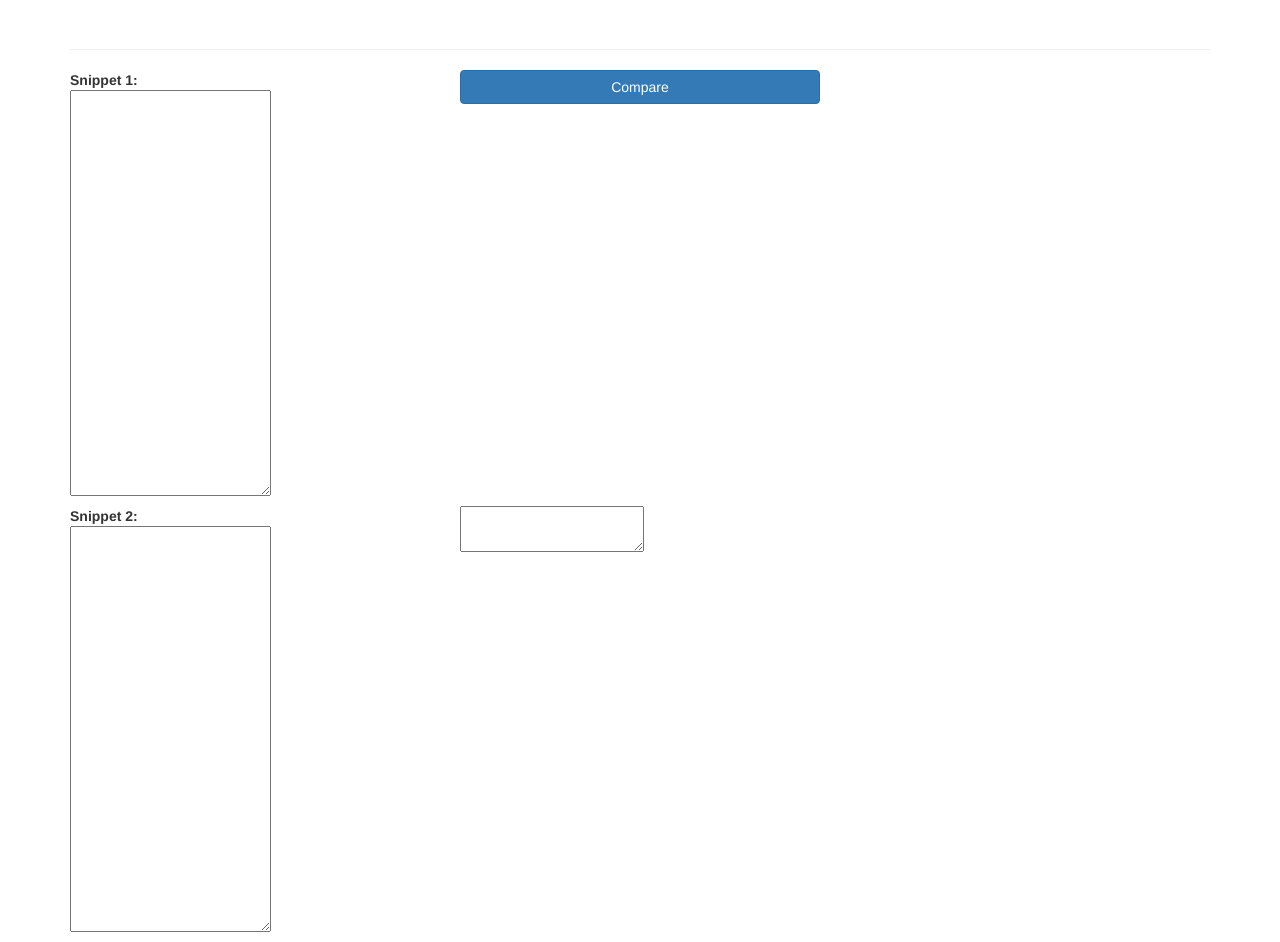
Repository: d4rkm3z/JSPerfomance
Page: index.html
An editor plug-in stored every save of this project. The page is shown before and after a run of saves, followed by the edit.
The browser window is 1280 px wide. The pictures show the whole page.

Above is the page before, as saved 2016-10-25 14:05:27.

After the next 4 saves:
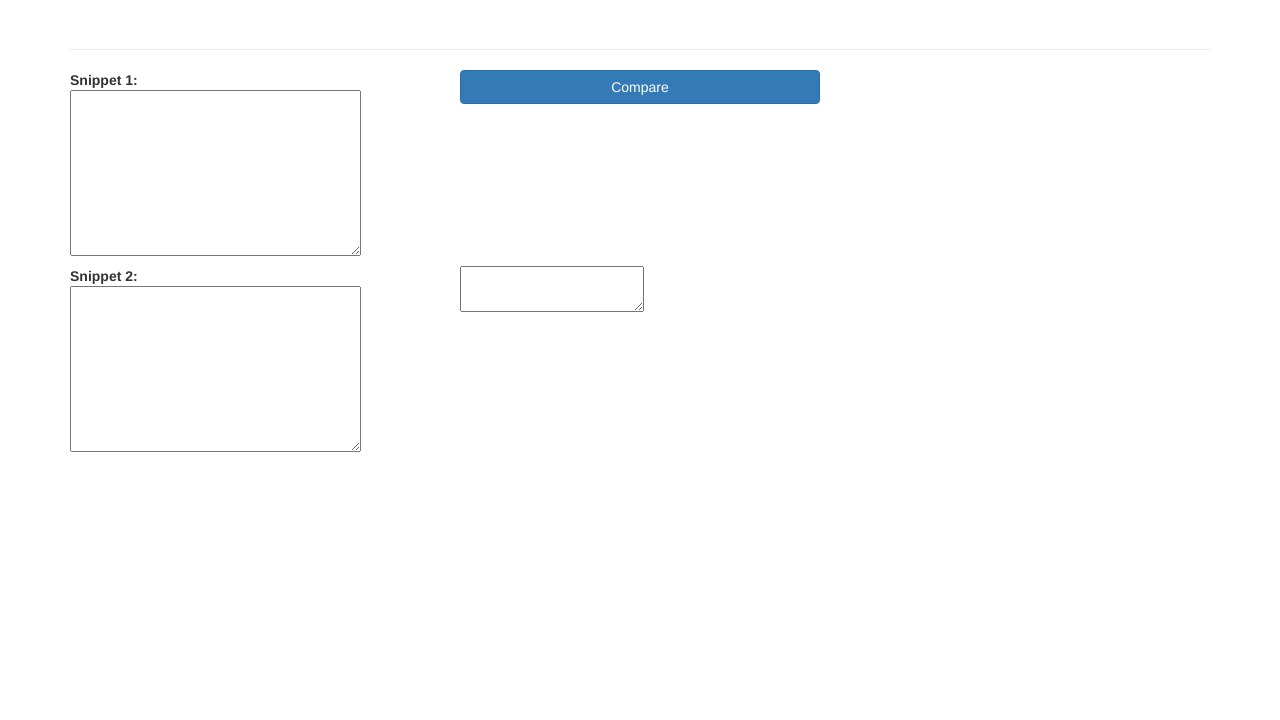
The 4 saves are shown as one change because they came seconds apart.
The last was saved 59 s later.
--- a/index.html
+++ b/index.html
@@ -17,7 +17,7 @@
         <label>
           Snippet 1:<br>
           <span class="snippets-group span-snippets">
-            <textarea id="" rows="20" cols=""></textarea>
+            <textarea id="" rows="8" cols="30"></textarea>
           </span>
         </label>
       </div>
@@ -30,7 +30,7 @@
         <label>
           Snippet 2:<br>
           <span class="snippets-group span-snippets">
-            <textarea id="" rows="20" cols=""></textarea>
+            <textarea id="" rows="8" cols="30"></textarea>
           </span>
         </label>
       </div>
